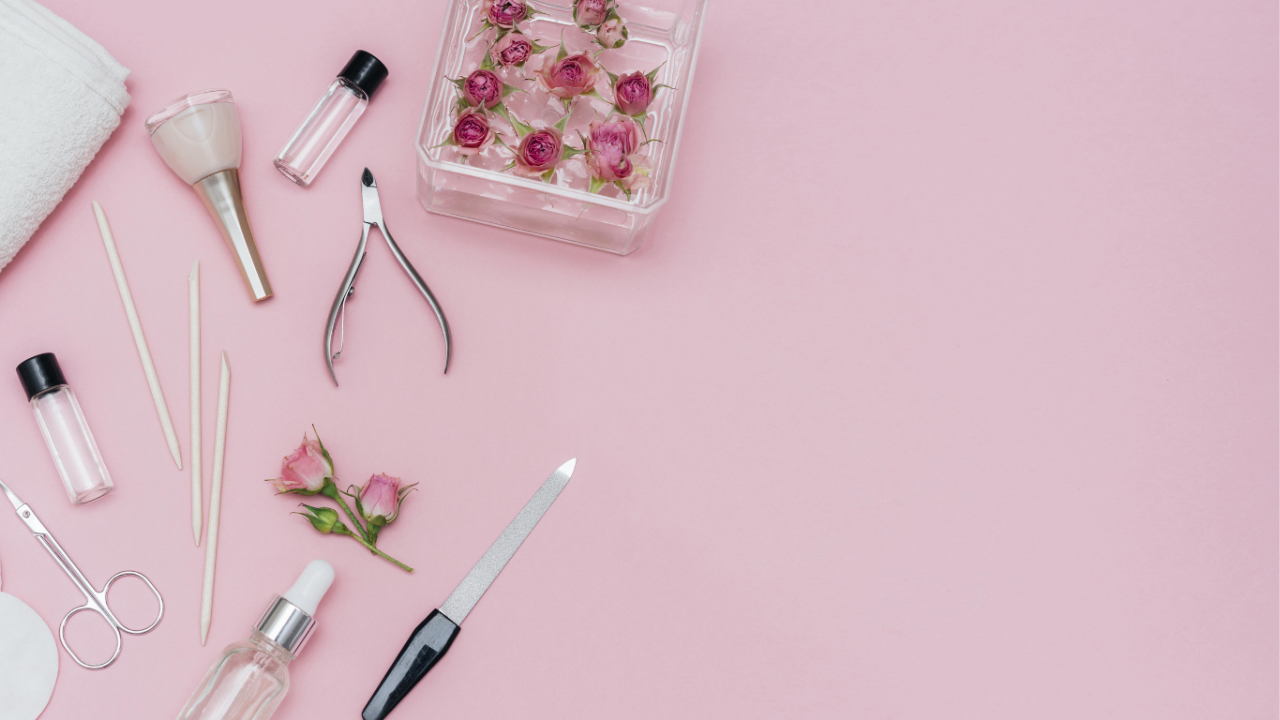
Repository: wesiudev/Manikuracja
Page: /
The author's editor kept a copy of each file at every save. The page is drawn from the files as they stood at one save, then again after the next save.
The browser window is 1280 px wide. The pictures show the whole page.
The project was rebuilt for these pictures with package versions that can differ from the ones it lists, and the page was loaded fresh each time. The framework's server and built-in components were replaced by stand-ins that run in the browser. Also part of the build but not shown: next.config.ts.

Above is the page before, as saved 2025-02-28 18:24:43.

### app/layout.tsx
import { Archivo_Black } from "next/font/google";
import "./globals.css";
import { Providers } from "@/redux/Provider";
import "react-toastify/dist/ReactToastify.css";
import { ToastContainer } from "react-toastify";
import Script from "next/script";

const archivoBlack = Archivo_Black({
  weight: "400",
  variable: "--font-archivo-black",
});

export default async function RootLayout({
  children,
}: Readonly<{
  children: React.ReactNode;
}>) {
  return (
    <html lang="en">
      <body className={`${archivoBlack.variable} overflow-x-hidden`}>
        <Script
          async
          src="https://www.googletagmanager.com/gtag/js?id=G-6XV8R4XZKS"
          id="google-analytics"
        >
          {` window.dataLayer = window.dataLayer || []; function gtag(){dataLayer.push(arguments);} gtag('js', new Date()); gtag('config', 'G-6XV8R4XZKS');`}
        </Script>
        <Script async id="google-analytics1">
          {`
              window.dataLayer = window.dataLayer || [];
              function gtag(){dataLayer.push(arguments);}
              gtag('js', new Date());
              gtag('config', 'AW-10818390066');
          `}
        </Script>
        <ToastContainer />
        <Providers>
          <div>{children}</div>
        </Providers>
      </body>
    </html>
  );
}

### app/page.tsx
import { Metadata, Viewport } from "next";

export default async function Home() {
  return (
    <div>
      <div className="h-screen w-full bg-background bg-cover"></div>
      {/* <SearchBar slugCity="" /> */}
    </div>
  );
}
export const viewport: Viewport = {
  width: "device-width",
  initialScale: 1,
  maximumScale: 1,
  userScalable: false,
  themeColor: "#ec4899",
};
export const metadata: Metadata = {
  publisher: "manikuracja.pl",
  manifest: "/manifest.json",
  icons: [
    {
      url: "/fav.png",
      sizes: "192x192",
      type: "image/png",
    },
  ],
  title:
    "Manikuracja.pl: Aplikacja zaprojektowana z myślą o Twoich paznokciach",
  description:
    "Profesjonalne profile specjalistów manicure i pedicure. Znajdź najlepsze usługi w swojej okolicy. Zarejestruj się już dziś!",
  openGraph: {
    type: "website",
    url: "https://manikuracja.pl",
    title:
      "Manikuracja.pl: Aplikacja zaprojektowana z myślą o Twoich paznokciach",
    description:
      "Profesjonalne profile specjalistów manicure i pedicure. Znajdź najlepsze usługi w swojej okolicy. Zarejestruj się już dziś!",
    siteName: "manikuracja.pl",
  },
};

### redux/Provider.tsx
"use client";
import { Provider } from "react-redux";
import { store } from "./store";

export function Providers({ children }: { children: React.ReactNode }) {
  return <Provider store={store}>{children}</Provider>;
}

### redux/store.ts
import { configureStore } from "@reduxjs/toolkit";
import userReducer from "./slices/user";
import ctaReducer from "./slices/cta";
export const store = configureStore({
  reducer: {
    user: userReducer,
    cta: ctaReducer,
  },
});
export type RootState = ReturnType<typeof store.getState>;
export type AppDispatch = typeof store.dispatch;

### redux/slices/user.js
import { createSlice } from "@reduxjs/toolkit";

export const initialState = {
  user: {
    uid: "",
    name: "",
    email: "",

    photoURL: "",
    description: "",
    logo: "",

    portfolioImages: [],
    seek: false,
    emailVerified: false,
    configured: false,
    payments: [],
    profileComments: [],
    services: [],
    location: { lng: 21.0122287, lat: 52.2296756, address: "" },
    password: "",

    phoneNumber: "",
    active: false,
  },
};

export const user = createSlice({
  name: "user",
  initialState,
  reducers: {
    setUser: (state, action) => {
      state.user = action.payload;
    },
  },
});

export const { setUser } = user?.actions;

export default user?.reducer;

### redux/slices/cta.js
import { createSlice } from "@reduxjs/toolkit";

export const initialState = {
  register: false,
  payments: false,
};

export const cta = createSlice({
  name: "cta",
  initialState,
  reducers: {
    setRegisterOpen: (state, action) => {
      state.register = action.payload;
    },
    setPaymentsOpen: (state, action) => {
      state.payments = action.payload;
    },
  },
});

export const { setRegisterOpen, setPaymentsOpen } = cta?.actions;

export default cta?.reducer;

### tailwind.config.ts
/* eslint-disable @typescript-eslint/no-require-imports */
import type { Config } from "tailwindcss";

export default {
  content: [
    "./pages/**/*.{js,ts,jsx,tsx,mdx}",
    "./components/**/*.{js,ts,jsx,tsx,mdx}",
    "./app/**/*.{js,ts,jsx,tsx,mdx}",
  ],
  theme: {
    extend: {
      colors: {
        background: "var(--background)",
        foreground: "var(--foreground)",
      },
      fontFamily: {
        archivo: ["var(--font-archivo-black)", "sans-serif"],
      },
    },
    backgroundImage: {
      marshmellow: "url('/home/marshmellow.webp')",
      background: "url('/home/background.png')",
      woman: "url('/home/woman.png')",
    },
  },
  plugins: [require("@tailwindcss/typography")],
} satisfies Config;

Loaded but not shown: app/globals.css (common file)

After the next save:
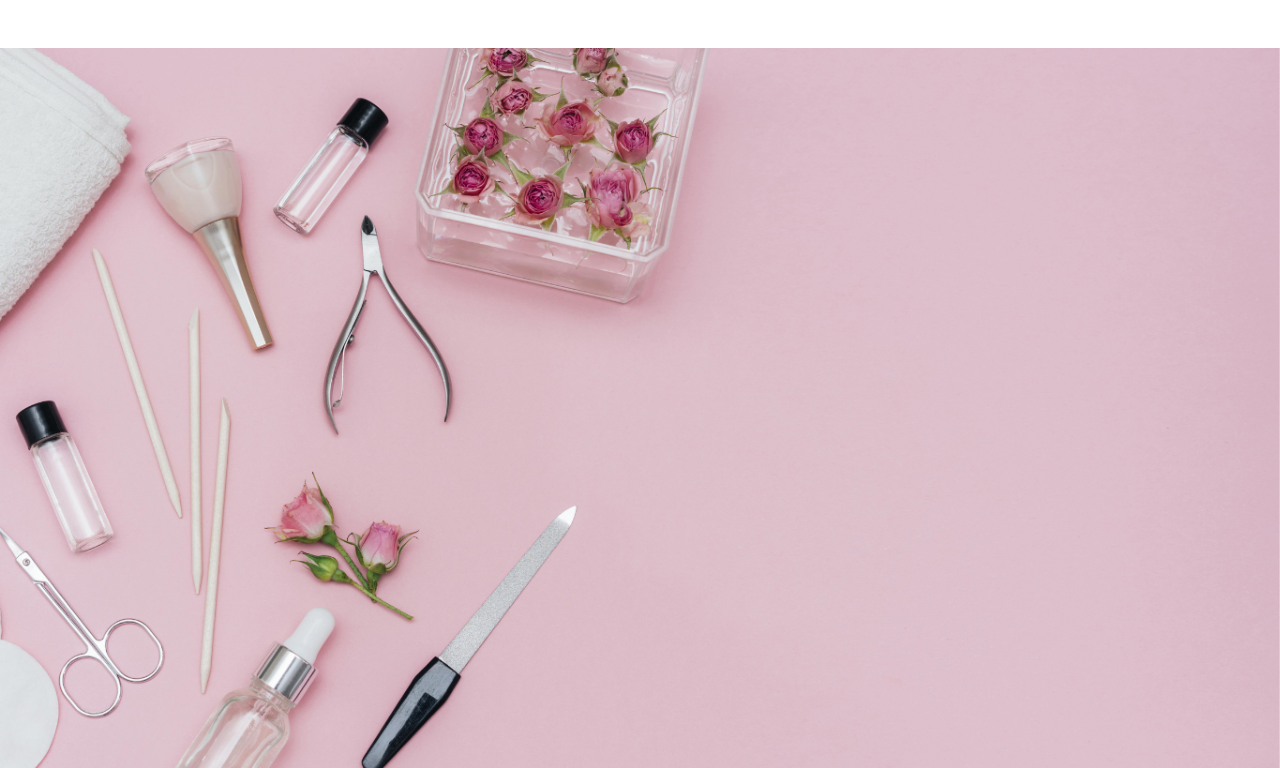
Saved 7 min 48 s later.
--- a/app/page.tsx
+++ b/app/page.tsx
@@ -3,7 +3,11 @@
 export default async function Home() {
   return (
     <div>
-      <div className="h-screen w-full bg-background bg-cover"></div>
+      <div className="h-screen w-full bg-background bg-cover">
+        <div className="w-max max-w-[90%] h-max my-12 bg-[#B67280]">
+          <h1></h1>
+        </div>
+      </div>
       {/* <SearchBar slugCity="" /> */}
     </div>
   );
